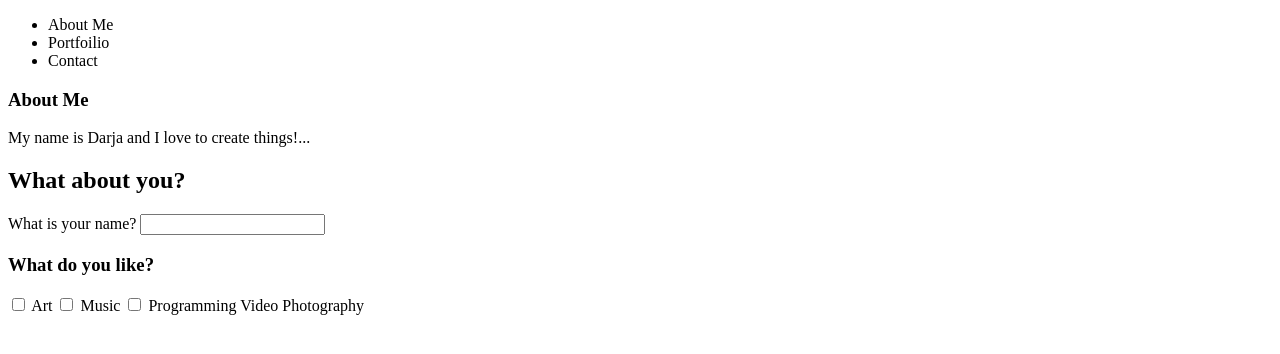
Repository: holyygreg/PortfolioProject
Page: code files/index.html
The author's editor kept a copy of each file at every save. The page is drawn from the files as they stood at one save, then again after the next save.
The browser window is 1280 px wide. The pictures show the whole page.

Above is the page before, as saved 2024-08-02 16:03:07.

### code files/index.html
<!DOCTYPE html>
<html lang="en">
<head>
    <meta charset="UTF-8">
    <meta name="viewport" content="width=device-width, initial-scale=1.0">
    <title>Document</title>
</head>

<body>
    <header>
        <nav>
            <ul>
                <li>About Me</li>
                <li>Portfoilio</li>
                <li>Contact</li>
            </ul>
        </nav>
    </header>

    <section>
        <article>
            <h1>About Me</h1>
            <p>My name is Darja and I love to create things!...</p>
        </article>
    </section>

    <section>
        <h2>What about you?</h2>
        <label>What is your name?</label>
        <input type="text"/>
        <br>

        <h3>What do you like?</h3>
        <input type="checkbox" id="hobby1" name="hobby1" value="art">
        <label for="hobby1">Art</label>
        <input type="checkbox" id="hobby2" name="hobby2" value="music">
        <label for="hobby2">Music</label>
        <input type="checkbox" id="hobby3" name="hobby3" value="program">
        <label for="hobby3">Programming</label>
        <label value="video">Video</label>
        <label value="photo">Photography</label>

    </section>
</body>
</html>

After the next save:
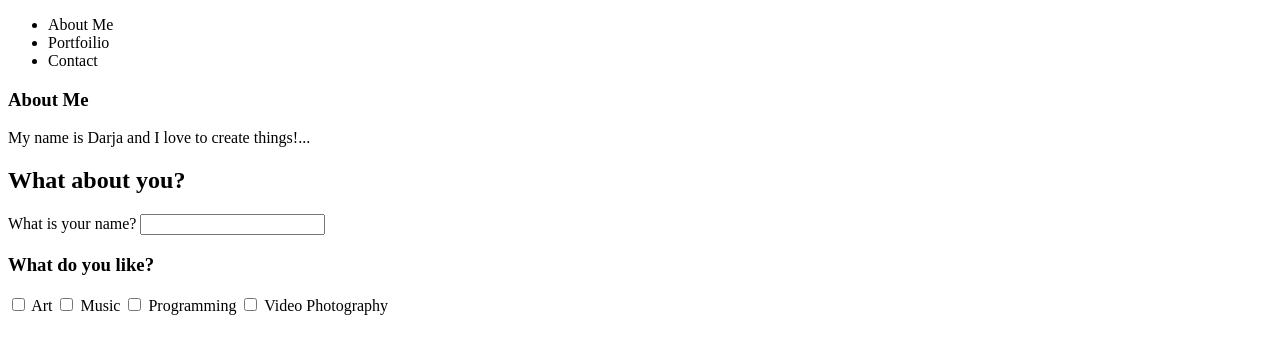
Saved 21 s later.
--- a/code files/index.html
+++ b/code files/index.html
@@ -37,6 +37,7 @@
         <label for="hobby2">Music</label>
         <input type="checkbox" id="hobby3" name="hobby3" value="program">
         <label for="hobby3">Programming</label>
+        <input type="checkbox" id="hobby3" name="hobby3" value="program">
         <label value="video">Video</label>
         <label value="photo">Photography</label>
 
